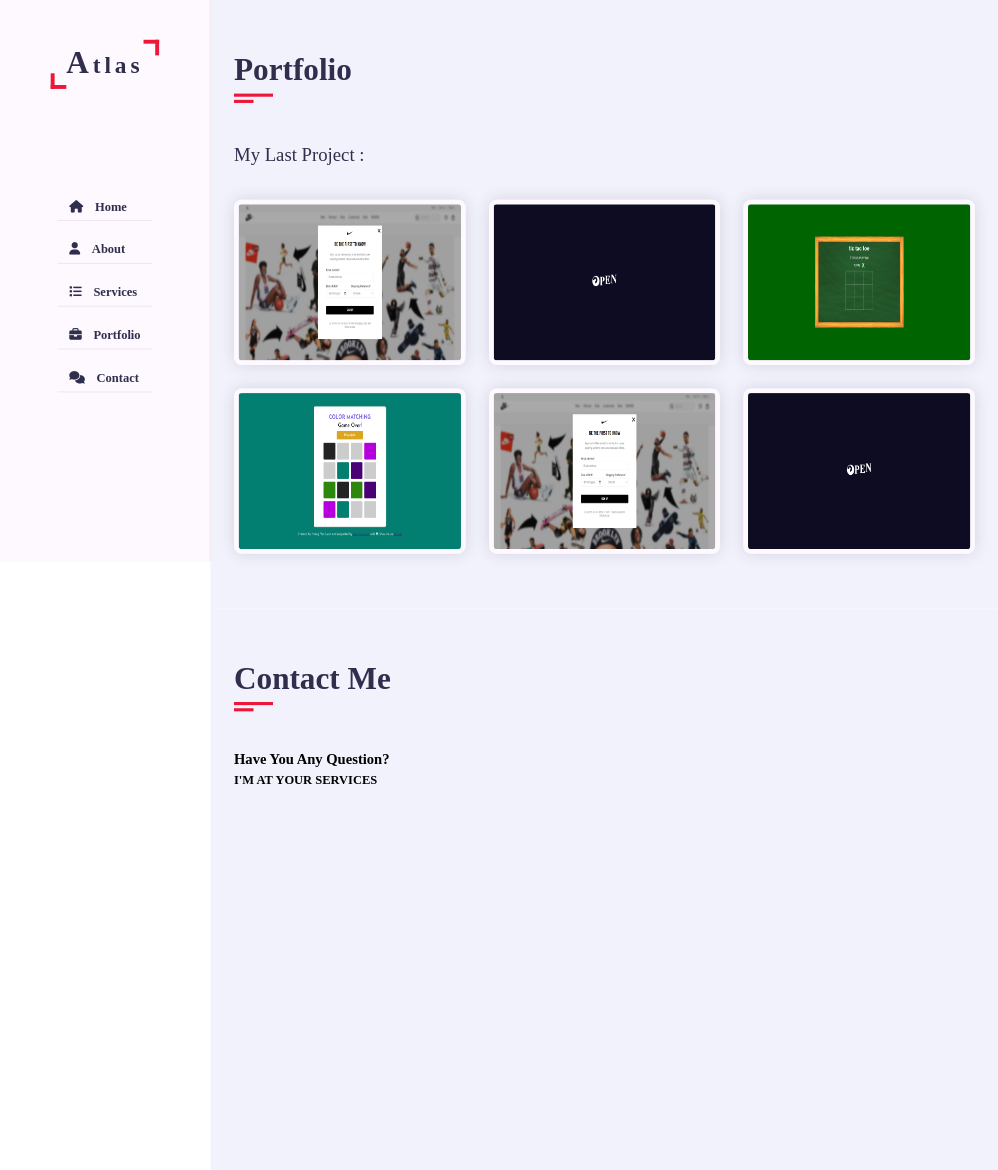
Repository: luanhoang0902/portfolio-ui
Page: index.html
These files come from the project's save history. The page is drawn as it stood at one moment and after the next save; the edit follows.
The browser window is 1280 px wide. The pictures show the whole page, at 78% of full size.
Some web fonts or font styles are not loaded; a fallback is used. Some web libraries are served in a nearby version.

Above is the page before, as saved 2022-06-03 12:14:33.

After the next save:
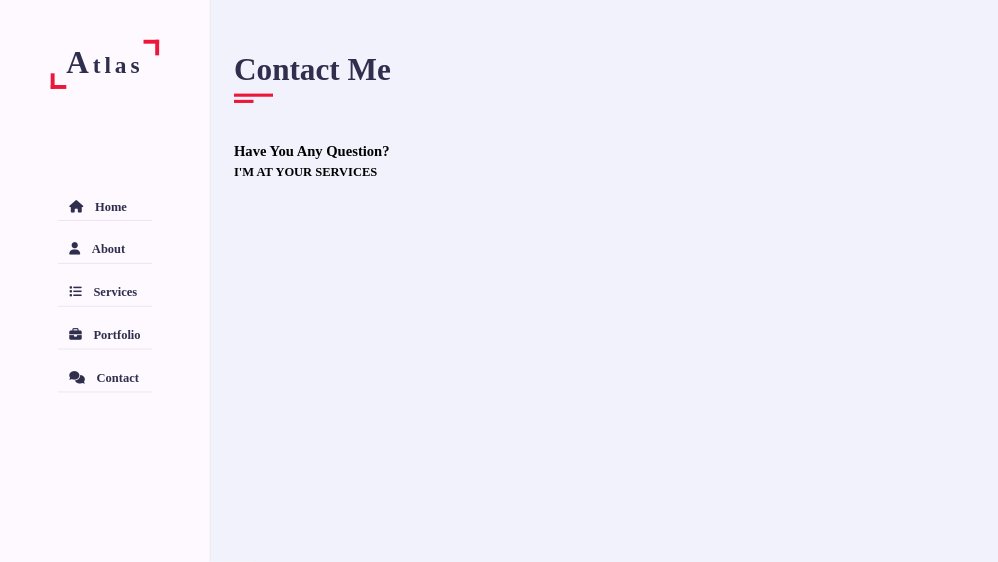
Saved 22 s later.
--- a/index.html
+++ b/index.html
@@ -381,7 +381,7 @@
         </section>
         <!--  ===== Services Selection End> ===== -->
         <!--  ===== Portfolio Selection Start> ===== -->
-        <section class="portfolio section">
+        <section class="portfolio section hidden">
           <div class="container">
             <div class="row">
               <div class="section-title padd-15">
